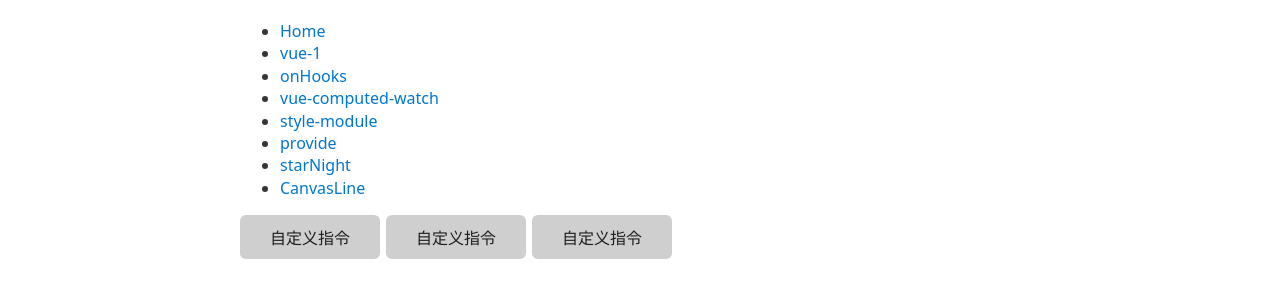
Repository: 596178924/vue3-ts-html
Page: /
An editor plug-in stored every save of this project. The page is shown before and after the next save, followed by the edit.
The browser window is 1280 px wide. The pictures show the whole page.
The project was rebuilt for these pictures with package versions that can differ from the ones it lists, and the page was loaded fresh each time. Also part of the build but not shown: vue.config.js.

Above is the page before, as saved 2022-02-16 17:21:03.

After the next save:
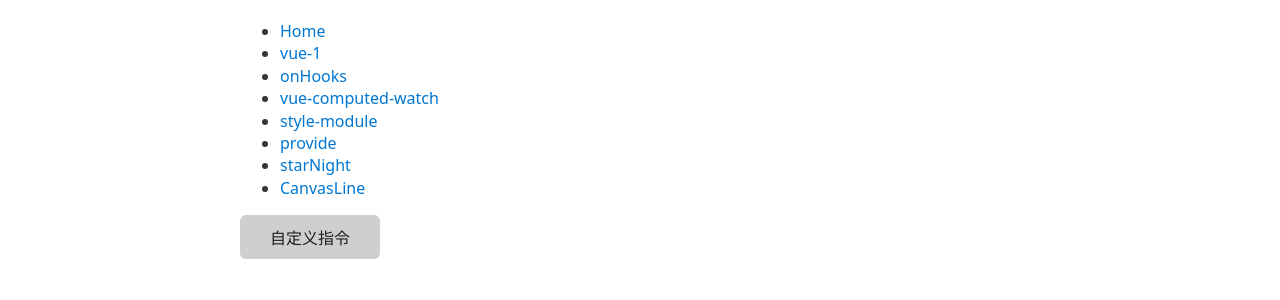
Saved 89 s later.
--- a/src/views/Home.vue
+++ b/src/views/Home.vue
@@ -1,16 +1,15 @@
 <template>
     <div class="">
-        <button v-copy="'自定义指令 copy text'" @click="say">自定义指令</button>
-        <button v-copy="{text:'自定义指令 copy text'}" @click="say">自定义指令</button>
-        <button  v-copy @click="say">自定义指令</button>
+        <!-- <button v-copy="'自定义指令 copy text'" @click="say">自定义指令</button> -->
+        <button v-copy="{text:'自定义指令 copy text',success:say,error:say}" @click="say">自定义指令</button>
+        <!-- <button  v-copy @click="say">自定义指令</button> -->
         <!-- <input v-focus type="text" placeholder="自动获取焦点"> -->
     </div>
 </template>
 
 <script setup lang="ts" >
-function say() {
+function say(lang: any) {
     console.log('组件内的点击事件');
-
 }
 </script>
 <style lang="scss" scoped>
